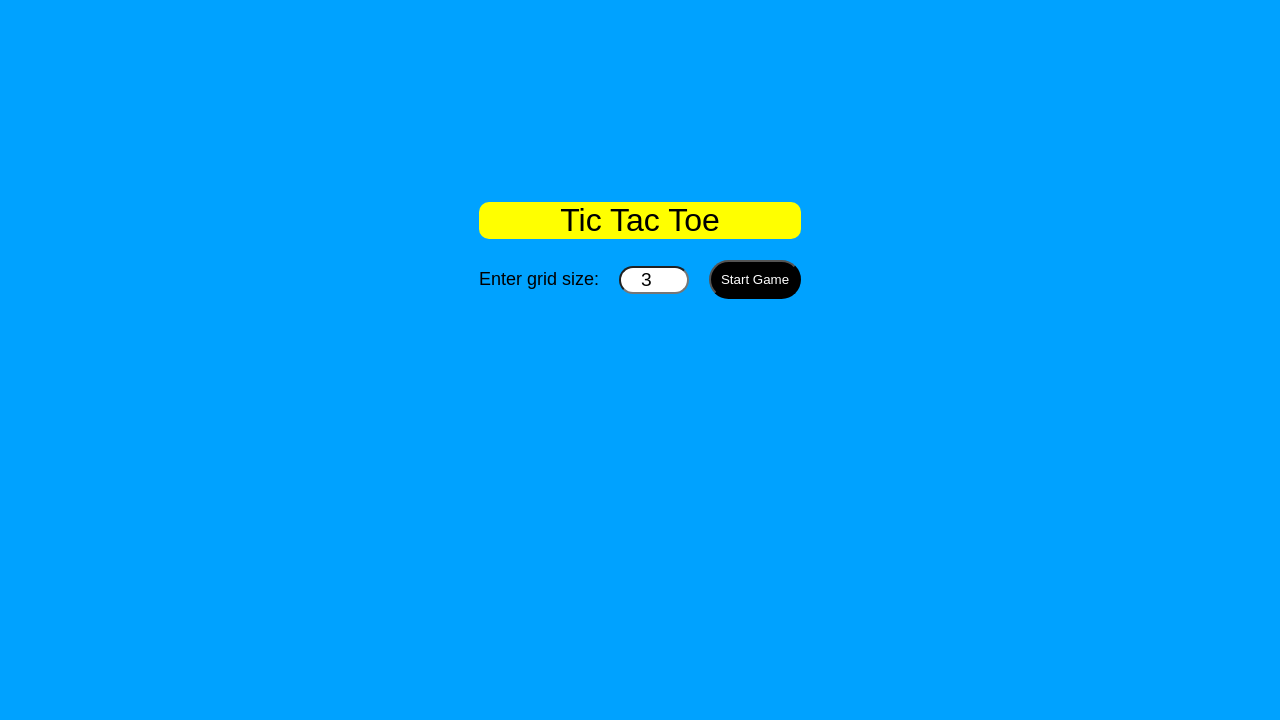
Repository: Shamraiz761/tik_tak_toe_game
Page: index.html
These files come from the project's save history. The page is drawn as it stood at one moment and after a run of saves; the edit follows.
The browser window is 1280 px wide. The pictures show the whole page.

Above is the page before, as saved 2024-01-09 12:09:15.

### index.html
<!DOCTYPE html>
<html>
  <head>
    <title>Tic Tac Toe</title>
    <link rel="stylesheet" type="text/css" href="styles.css" />
  </head>
  <body>
    <div>
      <h1 class="header">Tic Tac Toe</h1>
     <div class="container">
      <label class="inputLabel" for="sizeInput">Enter grid size:</label>
      <input type="number" id="sizeInput" min="3" max="10" value="3" />
      <button class="btn" onclick="startGame()">Start Game</button>
    </div>
      <div style="display: flex;justify-content: center;">
      <div id="board" style="margin-top: 20px; "></div>
      </div>


      <div id="status"  ></div>

    </div>
    <script src="tik_tak.js"></script>
  </body>
</html>

### styles.css
body{
    display: flex;
    justify-content: center;
    align-items: center;
    height: 70vh;
   font-family: Arial, Helvetica, sans-serif;
    background-color: rgb(0, 162, 255);
}
.header{
    text-align: center;
    background-color: yellow;
    border-radius: 10px;
    font-weight: 500;
}
.cell {
    width: 50px;
    height: 50px;
    border: 4px solid #000;
    display: inline-block;
    text-align: center;
    line-height: 50px;
    font-size: 20px;
    margin-left: 3px;
    margin-top: 3px;
  }

  .btn{
    background-color: black;
    color: white;
    padding: 10px;
    border-radius: 20px;
    margin-left: 20px;
  }

  .inputLabel{
    font-size: large;
    margin-right: 20px;
    font-weight: 500;
  }

  #status{
    font-size: large;
    margin-top: 20px;
    font-weight: 500;
    text-align: center;
  }

  #sizeInput{
    text-align: center;


    font-size: larger;
    border-radius: 20px;
  }

  .container{
    display: flex;
    align-items: center;
  }

### tik_tak.js
let currentPlayer = 'X';
let boardSize = 3;
let board = [];

function startGame() {
  boardSize = parseInt(document.getElementById("sizeInput").value);
  createBoard();
}

function createBoard() {
  board = [];
  let html = '';
  for (let i = 0; i < boardSize; i++) {
    board.push(Array(boardSize).fill(''));
    for (let j = 0; j < boardSize; j++) {
      html += `<div class="cell" data-row="${i}" data-col="${j}" onclick="cellClick(${i}, ${j})"></div>`;
    }
    html += '<br>';
  }
  document.getElementById("board").innerHTML = html;
  document.getElementById("status").innerHTML = `Player ${currentPlayer}'s turn`;
}

function cellClick(row, col) {
  if (board[row][col] === '') {
    board[row][col] = currentPlayer;
    document.querySelector(`[data-row="${row}"][data-col="${col}"]`).innerText = currentPlayer;

    if (checkWin(row, col)) {
      document.getElementById("status").innerText = `Player ${currentPlayer} wins!`;
    } else if (checkDraw()) {
      document.getElementById("status").innerText = 'It\'s a draw!';
    } else {
      currentPlayer = currentPlayer === 'X' ? 'O' : 'X';
      document.getElementById("status").innerText = `Player ${currentPlayer}'s turn`;
    }
  }
}

function checkWin(row, col) {
  const symbols = ['X', 'O'];
  for (let s of symbols) {
    let win = true;

    for (let i = 0; i < boardSize; i++) {
      if (board[row][i] !== s) {
        win = false;
        break;
      }
    }
    if (win) return true;


    win = true;
    for (let i = 0; i < boardSize; i++) {
      if (board[i][col] !== s) {
        win = false;
        break;
      }
    }
    if (win) return true;


    win = true;
    for (let i = 0; i < boardSize; i++) {
      if (board[i][i] !== s) {
        win = false;
        break;
      }
    }
    if (win) return true;


    win = true;
    for (let i = 0; i < boardSize; i++) {
      if (board[i][boardSize - 1 - i] !== s) {
        win = false;
        break;
      }
    }
    if (win) return true;
  }
  return false;
}

function checkDraw() {
  for (let i = 0; i < boardSize; i++) {
    for (let j = 0; j < boardSize; j++) {
      if (board[i][j] === '') {
        return false;
      }
    }
  }
  return true;
}

After the next 2 saves:
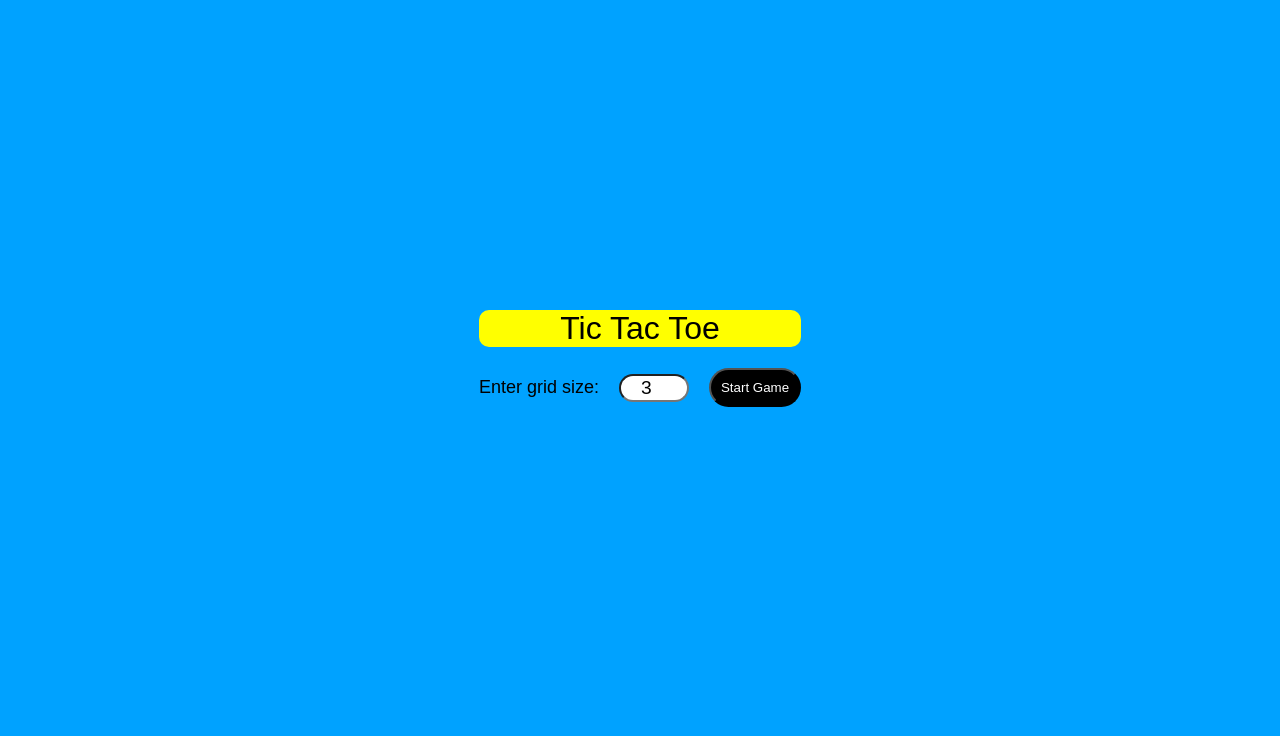
The 2 saves are shown as one change because they came seconds apart.
The last was saved 105 min 22 s later.
--- a/styles.css
+++ b/styles.css
@@ -2,7 +2,7 @@ body{
     display: flex;
     justify-content: center;
     align-items: center;
-    height: 70vh;
+    height: 100vh;
    font-family: Arial, Helvetica, sans-serif;
     background-color: rgb(0, 162, 255);
 }
